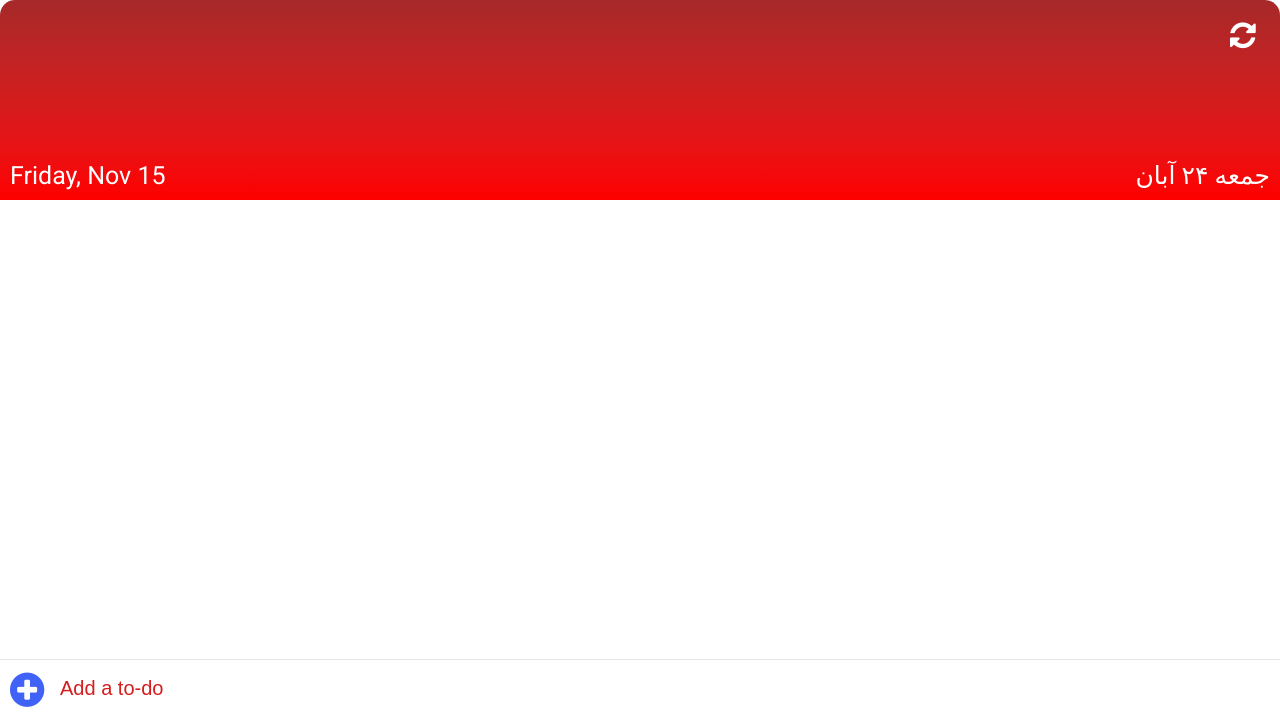
Repository: abouzarSoleymani/todo-js
Page: index.html
An editor plug-in stored every save of this project. The page is shown before and after the next save, followed by the edit.
The browser window is 1280 px wide. The pictures show the whole page.

Above is the page before, as saved 2019-11-15 16:18:07.

After the next save:
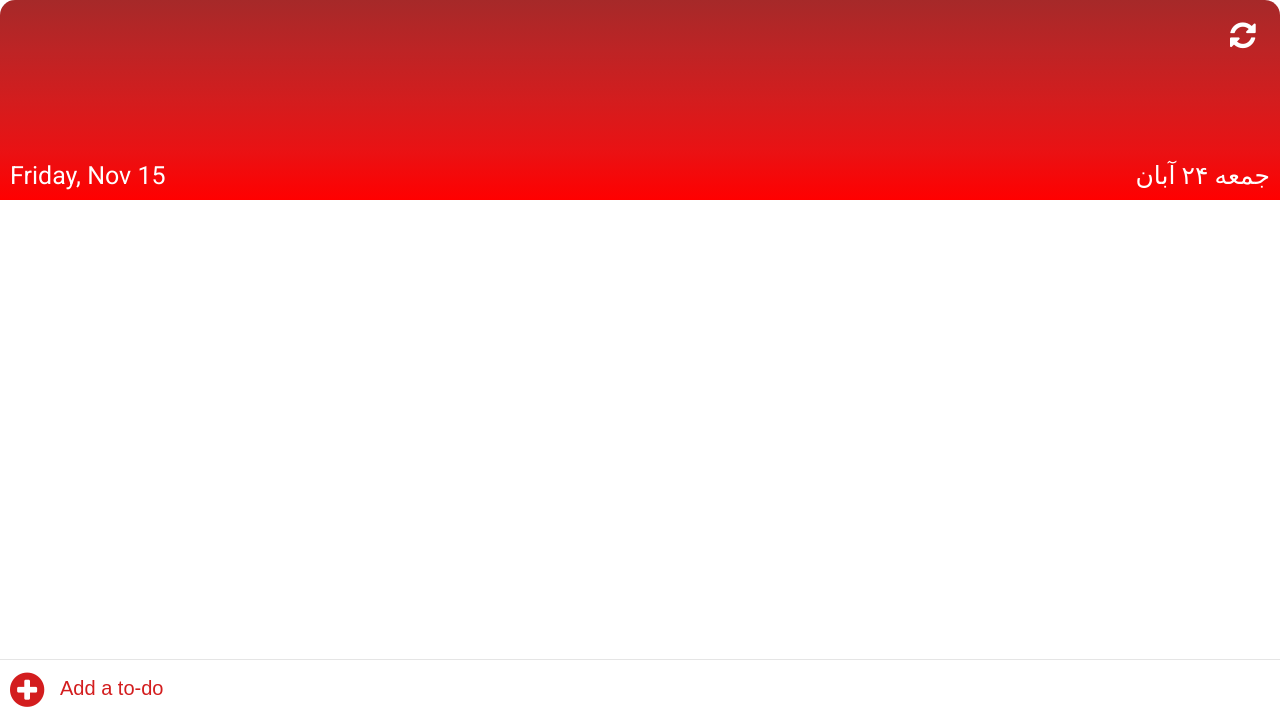
Saved 29 s later.
--- a/css/style.css
+++ b/css/style.css
@@ -129,7 +129,7 @@ body{
 .add-to-do i{
     position: absolute;
     font-size: 40px;
-    color: #4162f6;
+    color: #d31d1e;
 }
 
 .add-to-do input{
